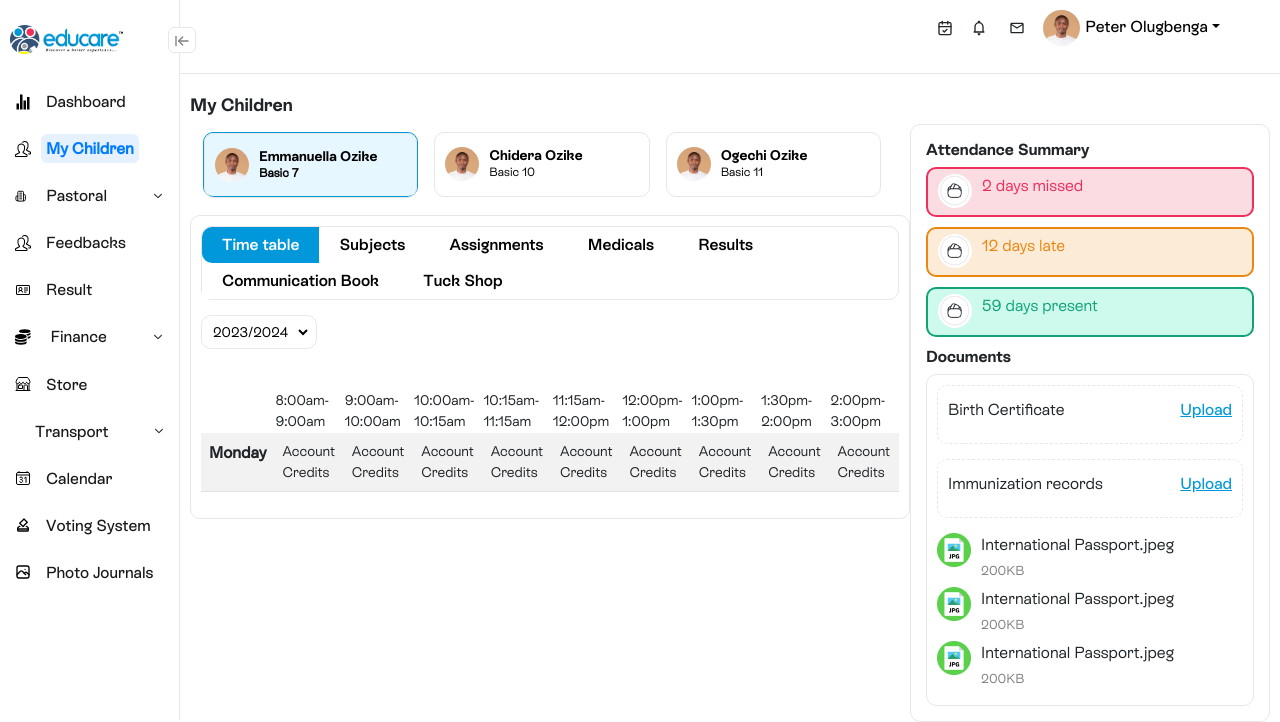
Repository: sarahnnanyelugo/educare-dashboards
Page: /my-children
These files come from the project's save history. The page is drawn as it stood at one moment and after the next save; the edit follows.
The browser window is 1280 px wide. The pictures show the whole page.
The project was rebuilt for these pictures with package versions that can differ from the ones it lists, and the page was loaded fresh each time. Also part of the build but not shown: src/Dashboards/Parents/MainView/main-view.scss, src/components/News/news.scss, src/components/News/News.js, src/TestData/newsData.js, src/TestData/schEvents.js, src/components/ResultChart/ResultChart.js, src/components/Calender/calender.scss, src/components/Calender/Calender.js and 6 more.

Above is the page before, as saved 2024-10-16 12:48:32.

### src/App.js
import logo from "./logo.svg";
import "./App.scss";
import "bootstrap/dist/css/bootstrap.min.css";
import { BrowserRouter, Routes, Route, Link, Outlet } from "react-router-dom";
import { ParentsLayout } from "./Layouts/ParentsLayout";
import { MainNews } from "./pages/NewsPage/MainNews/MainNews";
import { NewsPage } from "./pages/NewsPage/NewsPage";
function App() {
  return (
    <>
      {" "}
      <Routes>
        <Route path="/*" element={<ParentsLayout />} />{" "}
        <Route path="news-page" element={<NewsPage />} />
        <Route path="main-news/:blog_id" element={<MainNews />} />
      </Routes>
    </>
  );
}

export default App;

### src/App.scss
.App-link {
  color: #61dafb;
}

@keyframes App-logo-spin {
  from {
    transform: rotate(0deg);
  }
  to {
    transform: rotate(360deg);
  }
}
@font-face {
  font-family: rebondG;
  src: url(./assets/fonts/Rebond_font/RebondG.otf);
}
@font-face {
  font-family: rebondG-Bold;
  src: url(./assets/fonts/Rebond_font/RebondG-Bold.otf);
}
@font-face {
  font-family: rebondG-Semi-Bold;
  src: url(./assets/fonts/Rebond_font/Rebond-semibold.otf);
}
@font-face {
  font-family: rebondG-Medium;
  src: url(./assets/fonts/Rebond_font/RebondGrotesqueMedium.otf);
}
@font-face {
  font-family: rebondBook;
  src: url(./assets/fonts/Rebond_font/RebondG-Book.ttf);
}
@font-face {
  font-family: rebondLight;
  src: url(./assets/fonts/Rebond_font/RebondGLight.otf);
}
@font-face {
  font-family: rebondMI;
  src: url(./assets/fonts/Rebond_font/RebondGrotesqueMediumitalic.otf);
}
p,
small,
link {
  font-family: rebondBook;
}
h1,
h2,
h3,
h4,
h5,
h6 {
  font-family: rebondG-Bold;
}
a {
  font-family: rebondG-Medium;
  text-decoration: none !important;
}
.card {
  border: 1px solid #e7e7e7 !important;
  border-radius: 10px !important;
}
select {
  border: none;
  background: #fff;
  padding: 7px;
  border-radius: 10px;
  width: 95%;
  font-size: 14px !important;
  font-family: rebondBook !important;
}

### src/Layouts/ParentsLayout.js
import React from "react";
import { Routes, Route, Navigate } from "react-router-dom";
import { TopNav } from "../components/TopNav/TopNav";
import { MainView } from "../Dashboards/Parents/MainView/MainView";
import { MyChildren } from "../Dashboards/Parents/MyChildren/MyChildren";
import { Result } from "../Dashboards/Parents/Result/Result";
import { SideNav } from "../Dashboards/SideNav/SideNav";
export const ParentsLayout = () => {
  return (
    <>
      <div className="d-md-flex">
        <div className="col-md-">
          <SideNav />
        </div>
        <div className="container-fluid" style={{ padding: "0px 0px" }}>
          <TopNav />
          <Routes>
            <Route path="/" element={<MainView />} />{" "}
            <Route path="/my-children" element={<MyChildren />} />{" "}
            <Route path="/result" element={<Result />} />{" "}
          </Routes>
        </div>
      </div>
    </>
  );
};

### src/components/TopNav/TopNav.js
import React from "react";
import "./top-nav.scss";
import { LuCalendarCheck } from "react-icons/lu";
import { CgBell } from "react-icons/cg";
import { MdOutlineEmail } from "react-icons/md";
import Container from "react-bootstrap/Container";
import Nav from "react-bootstrap/Nav";
import Navbar from "react-bootstrap/Navbar";
import Icon5 from "../../assets/images/peter.png";

import Dropdown from "react-bootstrap/Dropdown";

export const TopNav = () => {
  return (
    <div className="top-nav-container">
      <ul className="list-inline">
        <li className="list-inline-item">
          <LuCalendarCheck />
        </li>
        <li className="list-inline-item">
          <CgBell />
        </li>{" "}
        <li className="list-inline-item">
          <MdOutlineEmail />
        </li>
        <li className="list-inline-item">
          <div className="profile-drop">
            <Dropdown>
              <Dropdown.Toggle>
                <img src={Icon5} width="37px" />
                Peter Olugbenga
              </Dropdown.Toggle>

              <Dropdown.Menu>
                <Dropdown.Item href="/dashboard-selector">
                  My Roles
                </Dropdown.Item>
                <hr />
                <Dropdown.Item style={{ color: "#DE1E1E" }}>
                  Sign out
                </Dropdown.Item>
              </Dropdown.Menu>
            </Dropdown>
          </div>
        </li>
      </ul>
    </div>
  );
};

### src/components/TopNav/top-nav.scss
.top-nav-container {
  height: 74px;
  border-bottom: solid 1px #e4e7ec;
  //   padding-top: 20px;
  padding-right: 50px;
  ul {
    float: right;
    li {
      margin: 10px;
    }
  }
  .profile-drop {
    .btn {
      padding: 0;
      background: #fff !important;
      border: none !important;
      color: #000;
      font-family: rebondG-Medium;
      font-size: 16px;
      img {
        border-radius: 100%;
        margin-right: 5px;
      }
    }
    .dropdown-menu {
      border: solid 1px #d0d5dd;
      font-family: montM;
      box-shadow: 0px 1px 3px #1018281a;
      border: 1px solid #e4e7ec;
      border-radius: 10px;
      min-height: 150px;
      width: 230px !important;
      padding: 20px 10px;
      font-size: 14px;
      a {
        padding: 10px;
      }
      hr {
        border: solid 1px #d0d5dd;
      }
    }
  }
}

### src/TestData/childrenData.js
import Img1 from "../assets/images/peter.png";
export const children = [
  {
    name: "Emmanuella Ozike",
    img: Img1,
    class: "Basic 7",
    id: 1,
  },
  {
    name: "Chidera Ozike",
    img: Img1,
    class: "Basic 10",
    id: 1,
  },
  {
    name: "Ogechi Ozike",
    img: Img1,
    class: "Basic 11",
    id: 1,
  },
];

export const child1 = {
  data: [
    {
      id: 1,
      day: "Monday",
      period1: "Account Credits",
      period2: "Account Credits",
      period3: "Account Credits",
      period4: "Account Credits",
      period5: "Account Credits",
      period6: "Account Credits",
      period7: "Account Credits",
      period8: "Account Credits",
      period9: "Account Credits",
    },
  ],
};
export const child2 = {
  data: [
    {
      id: 1,
      day: "Monday",
      period1: "English",
      period2: "Biology",
      period4: "Account Credits",
      period5: "Account Credits",
      period6: "Account Credits",
      period7: "Account Credits",
      period8: "Account Credits",
      period9: "Account Credits",
    },
  ],
};
export const child3 = {
  data: [
    {
      id: 1,
      day: "Monday",
      period1: " Credits",
      period2: " Credits",
      period3: "Account Credits",
      period4: "Account Credits",
      period5: "Account Credits",
      period6: "Account Credits",
      period7: "Account Credits",
      period8: "Account Credits",
      period9: "Credits",
    },
  ],
};

### src/Dashboards/Parents/MyChildren/Children.js
import React, { useState } from "react";
import { Link } from "react-router-dom";
import "./my-children.scss";
export const Children = ({
  data,
  handleClick2,
  tabIndex,
  isActive,
  mode,
  linkUrl,
}) => {
  const handleClick = () => {
    if (mode === "tab" && handleClick2) {
      handleClick2(tabIndex); // Trigger the tab change only in tab mode
    } else if (mode === "link" && linkUrl) {
      window.location.href = linkUrl; // Navigate to the link in link mode
    }
  };
  return (
    <>
      <div className="col">
        <div className={isActive && mode === "tab" ? "active-component" : ""}>
          {" "}
          <div className="d-flex children-div col-md-12" onClick={handleClick}>
            <div>
              {" "}
              <img src={data.img} width="34px" height="34px" />
            </div>
            <div>
              <h6>{data.name}</h6>
              <p>{data.class}</p>
            </div>
          </div>
        </div>
      </div>
    </>
  );
};

### src/Dashboards/Parents/MyChildren/my-children.scss
.my-children-view {
  padding: 0 10px;
  .tabs {
    display: flex;
    width: 100%;
    padding: 8px 13px;
    font-family: rebondG-Bold;
  }

  .active-component {
    font-weight: bold;
    background: #e6f7ff;
    color: #fff;
    border: solid 1px #0098da;
    height: 65px;
    border-radius: 10px;
  }

  .panel {
    display: none;
    // color: #161617;
    // font-family: rebondG;
    // line-height: 40px;
    // padding-top: 65px;
    // background: #fff;
  }

  .panel.active2 {
    display: block;
  }
}

.children-div {
  height: 65px;
  padding: 14px 10px;
  margin-bottom: 10px;
  color: #000;
  border: solid 1px #e7e7e7;
  border-radius: 10px;
  &:hover {
    background: #e7e7e7;
  }
  img {
    border-radius: 100%;
    margin-right: 10px;
  }
  h6 {
    margin-bottom: 0;
    font-size: 14px;
  }
  p {
    font-size: 12px;
  }
}
.attendance-summary {
  padding: 15px;
}
.attendance {
  height: 50px;
  border-radius: 10px;
  padding: 5px 10px;
  margin-bottom: 10px;
  img {
    border-radius: 100%;
    margin-right: 10px;
  }
}
.missed {
  border: solid 2px #ed2f59;
  background: #fcdce3;
  color: #ed2f59;
}
.late {
  border: solid 2px #ea8713;
  background: #fcebd7;
  color: #ea8713;
}
.present {
  border: solid 2px #11a377;
  background: #cdfaec;
  color: #11a377;
}
.activity-tab {
  padding: 10px;
  .tabs2 {
    border: solid 1px #e7e7e7;
    border-radius: 10px;
    padding: 0px 0px;
    margin-bottom: 15px;
    button {
      background: #fff;
      border: none;
      padding: 6px 20px;
      font-family: rebondG-Semi-Bold;
    }
  }
  .edge {
    border-top-left-radius: 10px;
    border-bottom-left-radius: 10px;
  }
  .edge2 {
    border-top-right-radius: 10px;
    border-bottom-right-radius: 10px;
  }
}
.active3 {
  background: #0098da !important;
  color: #fff;
}
.file-input {
  padding: 10px;
}
.documents {
  img {
    margin-right: 10px;
    margin-bottom: 20px;
  }
  p {
    margin-bottom: 0px;
  }
  small {
    font-size: 13px;
    color: grey;
  }
}

### src/Dashboards/Parents/MyChildren/ActivityTab.js
import React, { useState } from "react";
import Timetable from "../../../components/SampleTable/SampleTable";
import TimeTable from "../../../components/TimeTable/TimeTable";
import { child1, child2 } from "../../../TestData/childrenData";
import { subjects } from "../../../TestData/subjects";

export const ActivityTab = ({ data }) => {
  const [activeIndex, setActiveIndex] = useState(1);
  const handleClick = (index) => setActiveIndex(index);
  const checkActive = (index, className) =>
    activeIndex === index ? className : "";

  return (
    <div className="activity-tab card">
      <div className="tabs2 offset-md-">
        <button
          className={`tab2 edge ${checkActive(1, "active3")}`}
          onClick={() => handleClick(1)}
        >
          Time table
        </button>
        <button
          className={`tab2 ${checkActive(2, "active3")}`}
          onClick={() => handleClick(2)}
        >
          Subjects
        </button>{" "}
        <button
          className={`tab2 ${checkActive(3, "active3")}`}
          onClick={() => handleClick(3)}
        >
          Assignments
        </button>{" "}
        <button
          className={`tab2 ${checkActive(4, "active3")}`}
          onClick={() => handleClick(4)}
        >
          Medicals
        </button>{" "}
        <button
          className={`tab2 ${checkActive(5, "active3")}`}
          onClick={() => handleClick(5)}
        >
          Results
        </button>{" "}
        <button
          className={`tab2 ${checkActive(6, "active3")}`}
          onClick={() => handleClick(6)}
        >
          Communication Book
        </button>{" "}
        <button
          className={`tab2 edge2 ${checkActive(7, "active3")}`}
          onClick={() => handleClick(7)}
        >
          Tuck Shop
        </button>
      </div>
      <div className="panels">
        <div className={`panel ${checkActive(1, "active2")}`}>
          <div className="col-md-2 card">
            <select>
              <option>2023/2024</option>
              <option>2022/2021</option>
              <option>2021/2020</option>
            </select>
          </div>
          <TimeTable data={data} />
          {/* <Timetable /> */}
        </div>
        <div className={`panel ${checkActive(2, "active2")}`}>
          {" "}
          <ul>
            {subjects.map((item, index) => (
              <li key={index}>
                <strong>{item.subject}</strong>: {item.teacher}
              </li>
            ))}
          </ul>
        </div>
        <div className={`panel ${checkActive(3, "active2")}`}> 3</div>
        <div className={`panel ${checkActive(4, "active2")}`}> 4</div>
        <div className={`panel ${checkActive(5, "active2")}`}> 5</div>
        <div className={`panel ${checkActive(6, "active2")}`}> 6</div>
        <div className={`panel ${checkActive(7, "active2")}`}> 7</div>
      </div>
    </div>
  );
};

### src/components/FIleUpload/FileUpload.js
import React from "react";
import "./file-upload.scss";
export const FileUpload = (props) => {
  return (
    <>
      <div className="file-upload-div d-flex">
        <p style={{ flexGrow: 1 }}>{props.file}</p>
        <div>
          {" "}
          <input type="file" id="actual-btn" hidden />
          <label for="actual-btn">Upload</label>
        </div>
      </div>
    </>
  );
};

### src/Dashboards/Parents/MyChildren/Documents.js
import React from "react";
import { FileUpload } from "../../../components/FIleUpload/FileUpload";
import Icon from "../../../assets/images/jpg.png";
export const Documents = () => {
  return (
    <div>
      <FileUpload file="Birth Certificate" />
      <FileUpload file="Immunization records" />
      <div className="d-flex documents">
        <img src={Icon} width="34px" height="34px" />
        <div>
          <p>International Passport.jpeg</p>
          <small>200KB</small>
        </div>
      </div>{" "}
      <div className="d-flex documents">
        <img src={Icon} width="34px" height="34px" />
        <div>
          <p>International Passport.jpeg</p>
          <small>200KB</small>
        </div>
      </div>{" "}
      <div className="d-flex documents">
        <img src={Icon} width="34px" height="34px" />
        <div>
          <p>International Passport.jpeg</p>
          <small>200KB</small>
        </div>
      </div>
    </div>
  );
};

### src/Dashboards/Parents/Result/result.scss
.panel {
  display: none;
}

.panel.active2 {
  display: block;
}
.results-div {
  padding: 20px 20px;
  tr {
    td {
      font-family: rebondBook;
      font-size: 14px;
    }
    th {
      font-family: rebondG-Medium;
    }
  }
}
.select-div {
  border: 1px solid #e7e7e7 !important;
  border-radius: 10px !important;
  padding: 1px 5px;
}

.active-component {
  font-weight: bold;
  background: #e6f7ff;
  color: #fff;
  border: solid 1px #0098da;
  height: 65px;
  border-radius: 10px;
}

### src/Dashboards/SideNav/SidebarData.js
import React from "react";
import * as FaIcons from "react-icons/fa";
import * as AiIcons from "react-icons/ai";
import * as IoIcons from "react-icons/io";

export const SidebarData = [
  {
    name: "Dashboard",
    icon: "IoStatsChartSharp",
    url: "/",
  },
  {
    name: "My Children",
    icon: "SlPeople",
    url: "/my-children",
  },
  {
    name: "Pastoral",
    icon: "LuBuilding2",
    url: "/pastoral",
    accordion: true,
    accordionContent: [
      { name: "Ministry", url: "/pastoral/ministry" },
      { name: "Sermons", url: "/pastoral/sermons" },
      { name: "Events", url: "/pastoral/events" },
    ],
  },
  {
    name: "Feedbacks",
    icon: "SlPeople",
    url: "/feedbacks",
  },
  {
    name: "Result",
    icon: "LiaIdCardSolid",
    url: "/result",
  },
  {
    name: "Finance",
    icon: "FaCoins",
    url: "/finance",
    accordion: true,
    accordionContent: [
      { name: "Donations", url: "/finance/donations" },
      { name: "Expenses", url: "/finance/expenses" },
      { name: "Reports", url: "/finance/reports" },
    ],
  },
  {
    name: "Store",
    icon: "IoStorefrontOutline",
    url: "/store",
  },
  {
    name: "Transport ",
    icon: "MdOutlineEmojiTransportation",
    url: "/transport",
    accordion: true,
    accordionContent: [
      { name: "Bus Routes", url: "/transport/routes" },
      { name: "Schedules", url: "/transport/schedules" },
      { name: "Ticketing", url: "/transport/ticketing" },
    ],
  },
  {
    name: "Calendar",
    icon: "IoCalendarNumberOutline",
    url: "/calendar",
  },
  {
    name: "Voting System",
    icon: "MdOutlineHowToVote",
    url: "/voting",
  },
  {
    name: "Photo Journals",
    icon: "TbPhoto",
    url: "/photo-journals",
  },
];

### src/Dashboards/SideNav/side-nav.scss
.side-nav-div {
  background: #fff;
  .nav-inner {
    padding: 25px 5px 5px 10px;
    display: flex;
    align-items: center;
  }
  border-right: 1px solid #e7e7e7;
  a {
    color: #191919;
    font-size: 16px;
    padding: 5px 5px 5px 5px;

    border-radius: 6px;
  }
  ul {
    // background: red;
    li {
      margin: 22px 15px !important;
      &:hover {
        background: #e7e7e7;
        border-radius: 6px;
      }
    }
  }
  .accordion-button {
    padding: 3px 0 3px 5px !important;
    margin-left: 0 !important;
    font-size: 16px;
    font-family: rebondG-Medium;
    font-weight: normal !important;
    &:hover {
      background: red;
    }
    // background: red !important;
  }
  .accordion-body {
    border-left: 1px solid #e7e7e7;
    margin-top: 20px;
  }
  .accordion-button:not(.collapsed) {
    border-bottom: 0 !important;
  }
  .accordion-button::after {
    display: none;
    // width: 10px;
    // height: 10px;
  }
  .accordion-item {
    border: none !important;
  }
  .active-link {
    color: #007bff; /* Change to your desired active link color */
    font-weight: bold; /* Optional: make the text bold */
    background-color: rgba(
      0,
      123,
      255,
      0.1
    ); /* Optional: add a background color */
  }
}

### src/components/TimeTable/TimeTable.js
import React, { useState, useEffect } from "react";
import "./time-table.scss";
import Table from "react-bootstrap/Table";
import { Link } from "react-router-dom";

const TimeTable = (props) => {
  return (
    <>
      <div className="time-table-container">
        <Table className="col-md-12 col-12" striped responsive>
          <tr>
            <td></td>
            <td>8:00am-9:00am</td>
            <td>9:00am-10:00am</td>
            <td>10:00am-10:15am</td>
            <td>10:15am-11:15am</td>
            <td>11:15am-12:00pm</td>
            <td>12:00pm-1:00pm</td>
            <td>1:00pm-1:30pm</td>
            <td>1:30pm-2:00pm</td>
            <td>2:00pm-3:00pm</td>
          </tr>

          <tbody>
            {props.data.data.map((item, index) => (
              <tr>
                <th>{item.day}</th>
                <td>{item.period1}</td>
                <td>{item.period2}</td>
                <td>{item.period3}</td>
                <td>{item.period4}</td>
                <td>{item.period5}</td>
                <td>{item.period6}</td>
                <td>{item.period7}</td>
                <td>{item.period8}</td>
                <td>{item.period9}</td>
              </tr>
            ))}
          </tbody>
        </Table>
      </div>
    </>
  );
};
export default TimeTable;

### src/TestData/subjects.js
export const subjects = [
  {
    subject: "Mathematics",
    teacher: "Mr. John",
  },
  {
    subject: "English",
    teacher: "Ms. Jane",
  },
  {
    subject: "Biology",
    teacher: "Dr. Smith",
  },
];

### src/components/FIleUpload/file-upload.scss
.file-upload-div {
  border: dashed 1px #e7e7e7;
  border-radius: 10px;
  padding: 5px 10px;
  margin-bottom: 15px;
  label {
    background-color: #fff;
    color: #0098da;
    cursor: pointer;
    font-family: rebondG-Medium;
    text-decoration: underline;
    margin-top: 7px;
  }
  p {
    margin-top: 7px;
  }
}

### src/components/TimeTable/time-table.scss
.time-table-container {
  padding-top: 40px;
  tr {
    td {
      font-family: rebondBook;
      font-size: 14px;
    }
    th {
      font-family: rebondG-Medium;
    }
  }
}

Loaded but not shown: public/index.html (common file); src/index.js (common file); src/index.css (common file); src/reportWebVitals.js (common file); src/Dashboards/SideNav/SideNav.js (193 lines, source omitted); src/Dashboards/Parents/MyChildren/MyChildren.js (92 lines, source omitted)

After the next save:
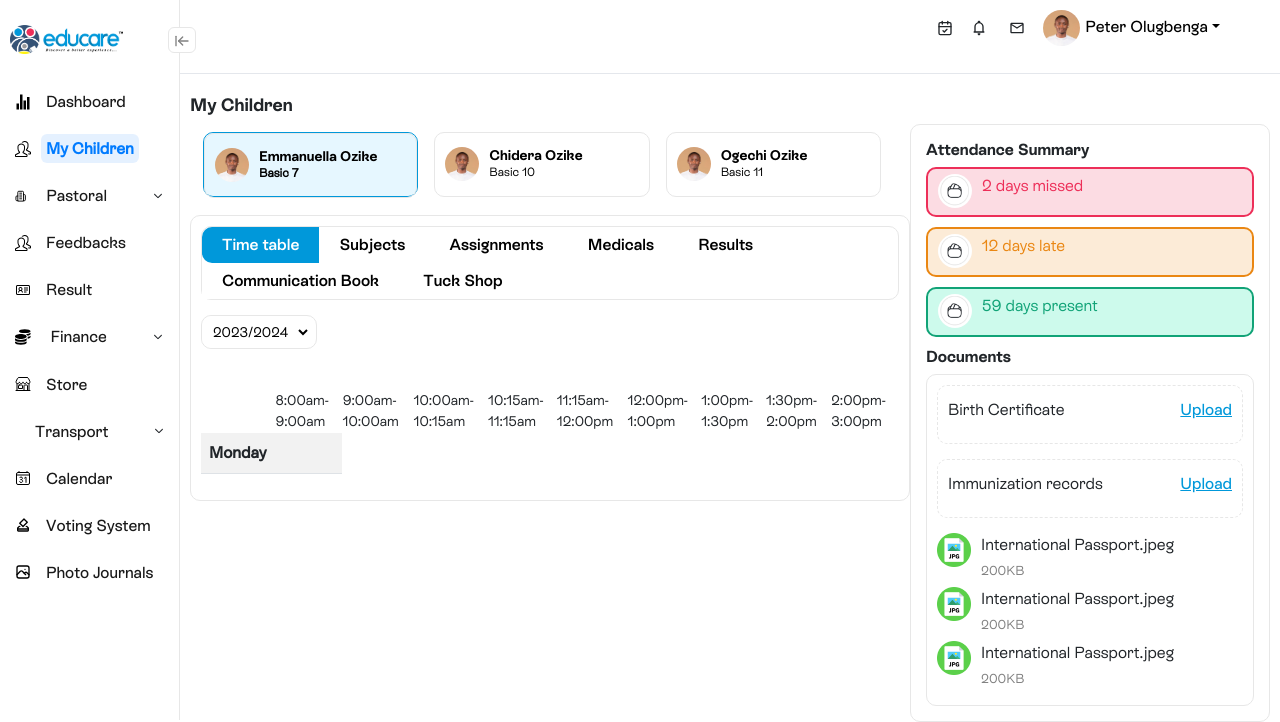
Saved 8 min 9 s later.
--- a/src/components/TimeTable/TimeTable.js
+++ b/src/components/TimeTable/TimeTable.js
@@ -25,15 +25,7 @@
             {props.data.data.map((item, index) => (
               <tr>
                 <th>{item.day}</th>
-                <td>{item.period1}</td>
-                <td>{item.period2}</td>
-                <td>{item.period3}</td>
-                <td>{item.period4}</td>
-                <td>{item.period5}</td>
-                <td>{item.period6}</td>
-                <td>{item.period7}</td>
-                <td>{item.period8}</td>
-                <td>{item.period9}</td>
+                <td>{item.period}</td>
               </tr>
             ))}
           </tbody>

After the save that followed:
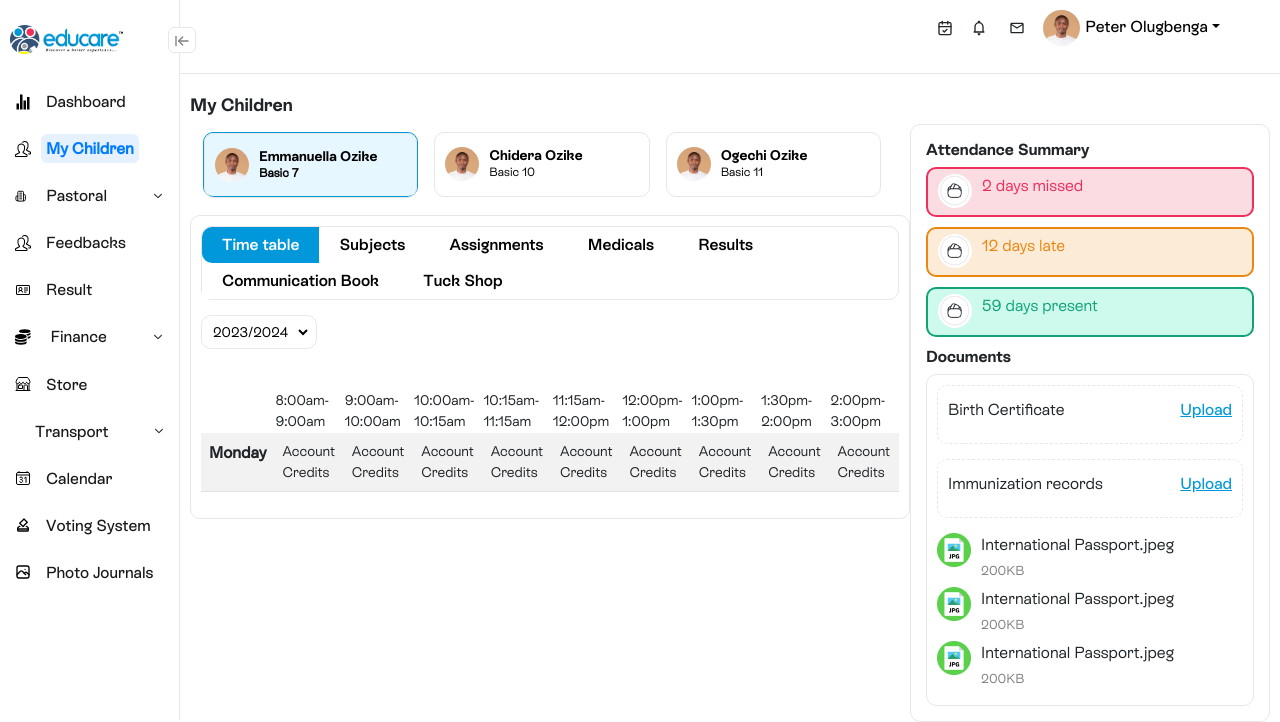
Saved 91 s later.
--- a/src/components/TimeTable/TimeTable.js
+++ b/src/components/TimeTable/TimeTable.js
@@ -25,7 +25,15 @@
             {props.data.data.map((item, index) => (
               <tr>
                 <th>{item.day}</th>
-                <td>{item.period}</td>
+                <td>{item.period1}</td>
+                <td>{item.period2}</td>
+                <td>{item.period3}</td>
+                <td>{item.period4}</td>
+                <td>{item.period5}</td>
+                <td>{item.period6}</td>
+                <td>{item.period7}</td>
+                <td>{item.period8}</td>
+                <td>{item.period9}</td>
               </tr>
             ))}
           </tbody>
